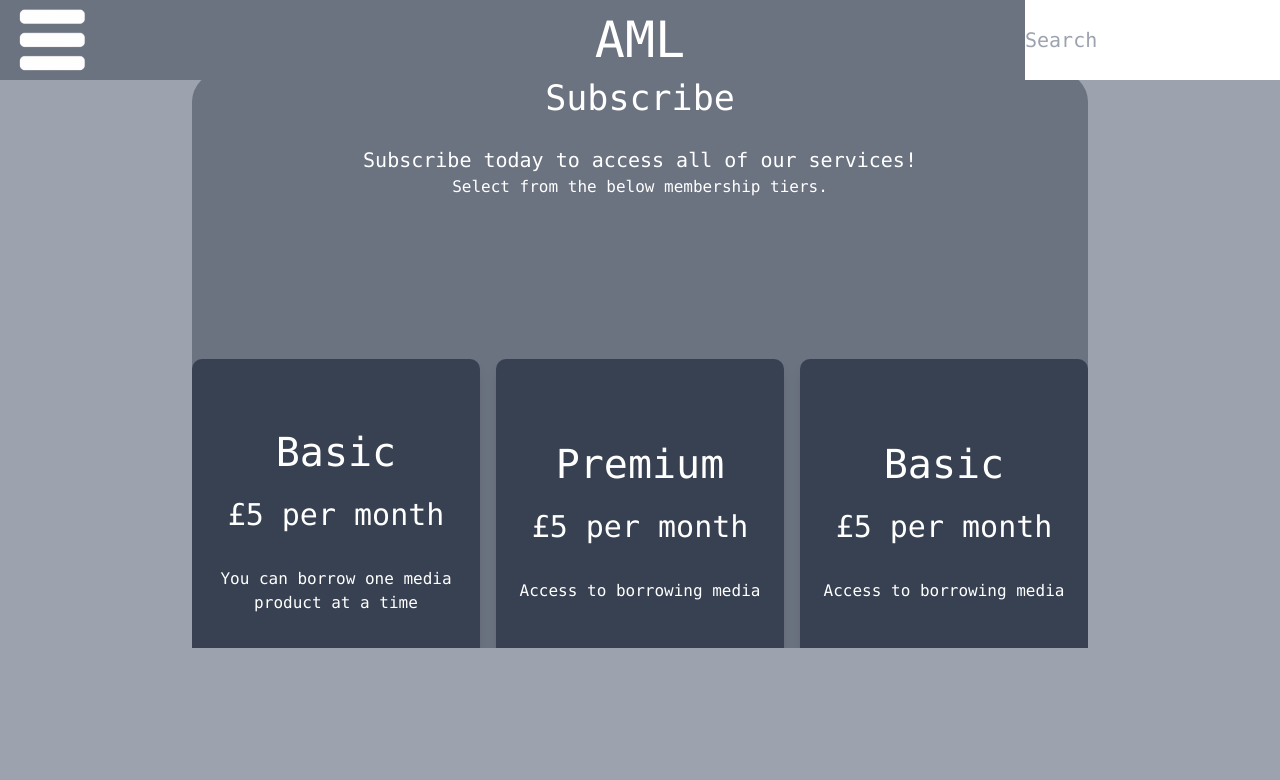
Repository: DuyKhanhDo/AML-Concept
Page: http://localhost/subscribe
An editor plug-in stored every save of this project. The page is shown before and after a run of saves, followed by the edit.
The browser window is 1280 px wide. The pictures show the whole page.
Some web libraries are served in a nearby version. The page is served by the project's Laravel application, run on PHP 8.4 with Laravel 12. A made-up administrator, Test User (test@example.com), is signed in. Other server files are loaded and not shown.

Above is the page before, as saved 2024-11-11 13:04:20.

### routes/web.php
<?php

use App\Http\Controllers\RegisterController;
use App\Http\Controllers\LogInController;
use App\Http\Controllers\ProfileController;
use App\Http\Controllers\SubscriptionController;
use Illuminate\Support\Facades\Route;
use Illuminate\Support\Facades\Auth;

Auth::routes();

Route::get('/', function () {
    return view('catalogue');
});

Route::get('/login', [LogInController::class, 'LogInView'])->name('login');
Route::post('/submit-login', [LogInController::class, 'Submit'])->name('submit.login');

Route::get('/register', [RegisterController::class, 'RegisterView'])->name('register');
Route::post('/submit-register', [RegisterController::class, 'Submit'])->name('submit.register');

Route::get('/subscribe', [SubscriptionController::class, 'SubscribeView'])->name('subscribe');

Route::post('/logout', function(){
    Auth::logout();
    return redirect()->back();
})->name('logout');

### app/Models/User.php
<?php

namespace App\Models;

use Illuminate\Auth\Middleware\Authenticate;
use Illuminate\Database\Eloquent\Model;
use Illuminate\Foundation\Auth\User as Authenticatable;
use Illuminate\Notifications\Notifiable;

class User extends Authenticatable
{
    use Notifiable;
    public $timestamps = false;

    protected $table = 'Users';

    protected $fillable = ['name', 'email', 'password', 'dob'];
};

### app/Http/Controllers/SubscriptionController.php
<?php

namespace App\Http\Controllers;

use Illuminate\Http\Request;

class SubscriptionController extends Controller
{
    public function __construct()
    {
        $this->middleware('auth');
    }

    public function SubscribeView()
    {
        return view('subscribe');
    }
}

### resources/views/subscribe.blade.php
<x-base>
    <x-slot:content>
        <main class="flex justify-center items-center h-screen">
            <div class="absolute top-[5vh] bg-gray-500 w-[70vw] h-[80vh] mt-[5vh] rounded-[30px] flex items-center flex-col">
                <h1 class="text-[35px]">Subscribe</h1>
                <h3 class="text-[20px] mt-[20px]">Subscribe today to access all of our services!</h3>
                <h5>Select from the below membership tiers.</h5>
                <div class="flex overflow-x-auto w-full space-x-4 justify-center">
                    <x-subscription-tier tier='Basic' price='£5' benefits='You can borrow one media product at a time'></x-subscription-tier>
                    <x-subscription-tier tier='Premium' price='£5' benefits='Access to borrowing media'></x-subscription-tier>
                    <x-subscription-tier tier='Basic' price='£5' benefits='Access to borrowing media'></x-subscription-tier>
                </div>
            </div>
        </main>
    </x-slot>
</x-base>

### resources/views/components/subscription-tier.blade.php
<button class="bg-gray-700 rounded-[10px] w-[20rem] h-[20rem] shadow-lg mt-[10rem]">
    <h2 class="text-[40px] mb-[10px]">{{ $tier }}</h2>
    <h2 class="text-[30px] mb-[30px]">{{ $price }} per month</h2>
    <h3>{{ $benefits }}</h3>
</button>

### resources/views/components/base.blade.php
<!DOCTYPE html>
<html lang="en">
<head>
    <meta charset="UTF-8">
    <meta name="viewport" content="width=device-width, initial-scale=1.0">
    <title>AML</title>
    <script src="https://cdn.tailwindcss.com"></script>
</head>
<body class="bg-gray-400 font-mono">
    <x-navigation-bar></x-navigation-bar>
    <main class="mt-[5vh] text-white text-center">
        {{ $content }}
    </main>
</body>
</html>

### resources/views/components/navigation-bar.blade.php
<div class="fixed left-0 top-0 w-full h-[5rem] flex items-center justify-center bg-gray-500 m-0 p-0 box-border font-mono z-50">
    <button id="toggle-sidebar" class="absolute left-0 ml-[10px] h-full"><img class="h-full" draggable="false" src="{{ asset('assets/sidebar-img.png') }}" alt=""></button>
    <h1 class="text-[50px] text-white">AML</h1>
    <input type="text" class="absolute right-0 ml-[10px] h-full radius-[20px] text-[20px]" placeholder="Search">
</div>
<div id="sidebar" class="fixed left-0 top-[5rem] bg-gray-500 w-[20rem] h-[95vh] flex flex-col opacity-0 z-50 transition-opacity duraction-900">
    <ul class="text-center text-white w-full flex items-center">
        <x-side-bar-btn :csrf=false method="GET" route="/" name="Catalogue"></x-side-bar-btn>
    </ul>
    <ul class="absolute bottom-0 flex flex-col text-center text-white w-full flex items-center">
        @if (Auth::check())
            <x-side-bar-btn :csrf=true method="POST" route="{{ route('logout') }}" name="Sign out"></x-side-bar-btn>
        @else
            <x-side-bar-btn :csrf=false method="GET" route="{{ route('login') }}" name="Log in"></x-side-bar-btn>
            <x-side-bar-btn :csrf=false method="GET" route="{{ route('register') }}" name="Register"></x-side-bar-btn>
        @endif
    </ul>
</div>

<script>
    const button = document.getElementById('toggle-sidebar')
    const sidebar = document.getElementById('sidebar')

    button.addEventListener('click',function(){
        sidebar.classList.toggle('opacity-0');
        sidebar.classList.toggle('opacity-100');
    })
</script>

### resources/views/components/side-bar-btn.blade.php
<form class="w-full" method="{{ $method }}" action='{{ $route }}'>
    @if ($csrf == true)
        @csrf
    @endif

    <li class="mx-auto bg-gray-700 w-full h-[5rem] mb-[10px] flex items-center justify-center">
        <button type="submit" class="font-mono text-[30px] w-full">
            {{ $name }}
        </button>
    </li>
</form>

Loaded but not shown: app/Http/Controllers/Auth/ConfirmPasswordController.php (common file); app/Http/Controllers/Controller.php (common file)

After the next 3 saves:
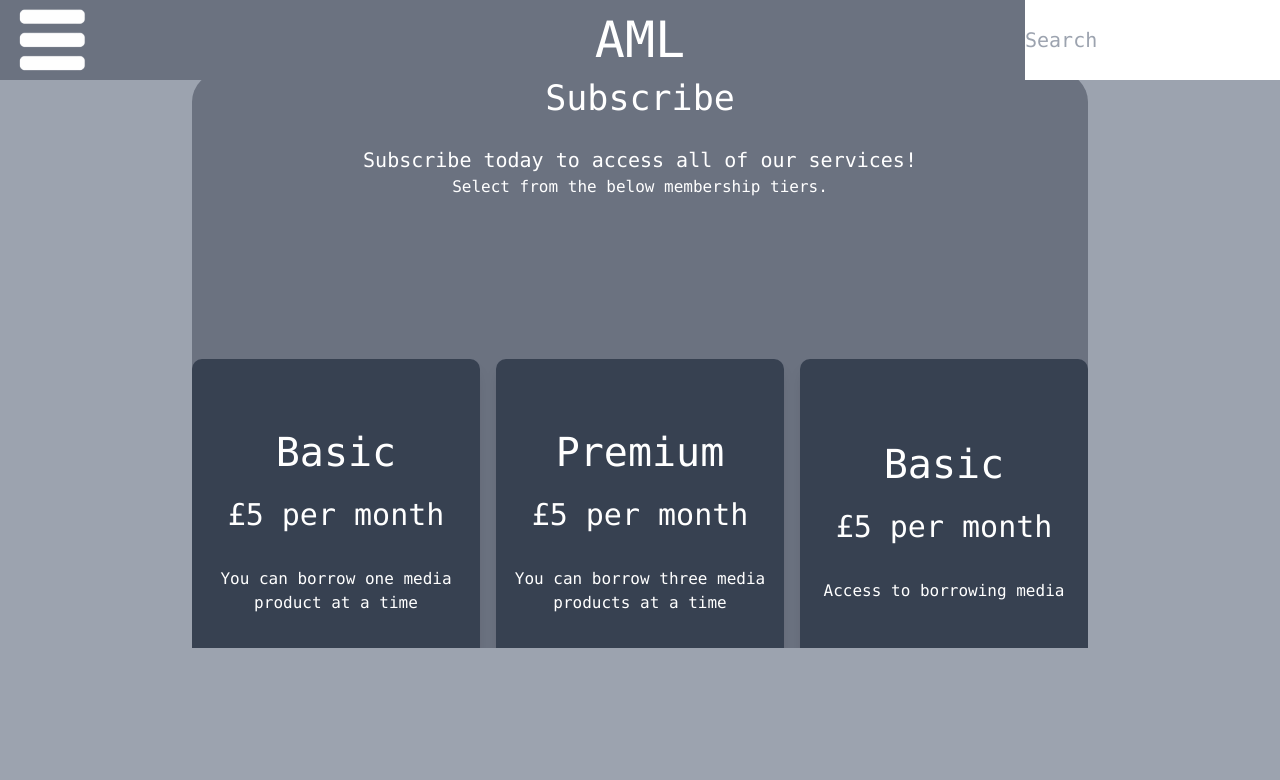
The 3 saves are shown as one change because they came seconds apart.
The last was saved 12 s later.
--- a/resources/views/subscribe.blade.php
+++ b/resources/views/subscribe.blade.php
@@ -7,7 +7,7 @@
                 <h5>Select from the below membership tiers.</h5>
                 <div class="flex overflow-x-auto w-full space-x-4 justify-center">
                     <x-subscription-tier tier='Basic' price='£5' benefits='You can borrow one media product at a time'></x-subscription-tier>
-                    <x-subscription-tier tier='Premium' price='£5' benefits='Access to borrowing media'></x-subscription-tier>
+                    <x-subscription-tier tier='Premium' price='£5' benefits='You can borrow three media products at a time'></x-subscription-tier>
                     <x-subscription-tier tier='Basic' price='£5' benefits='Access to borrowing media'></x-subscription-tier>
                 </div>
             </div>
